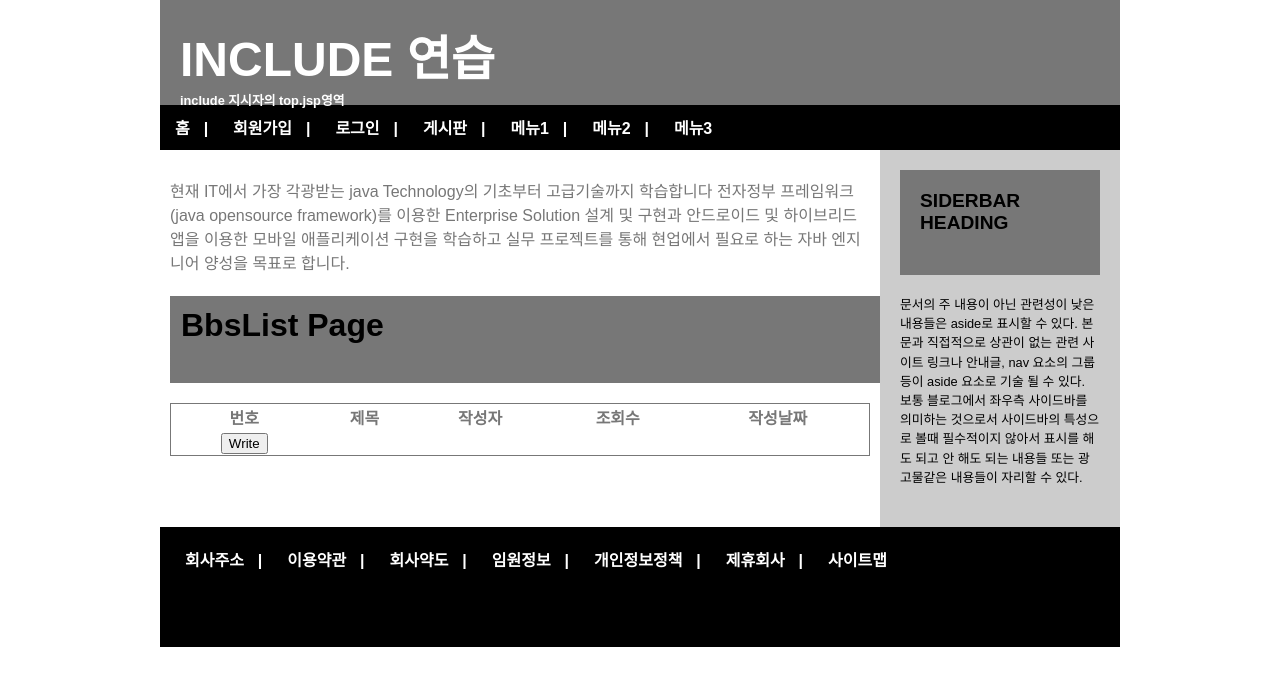
Repository: dev-sean/kosta
Page: http://localhost/jsp_1105_mybatis/bbslist.jsp
The author's editor kept a copy of each file at every save. The page is drawn from the files as they stood at one save, then again after the next save.
The browser window is 1280 px wide. The pictures show the whole page.
Some web libraries are served in a nearby version. The page is served by Tomcat 9.

Above is the page before, as saved 2014-11-05 06:50:29.

After the next save:
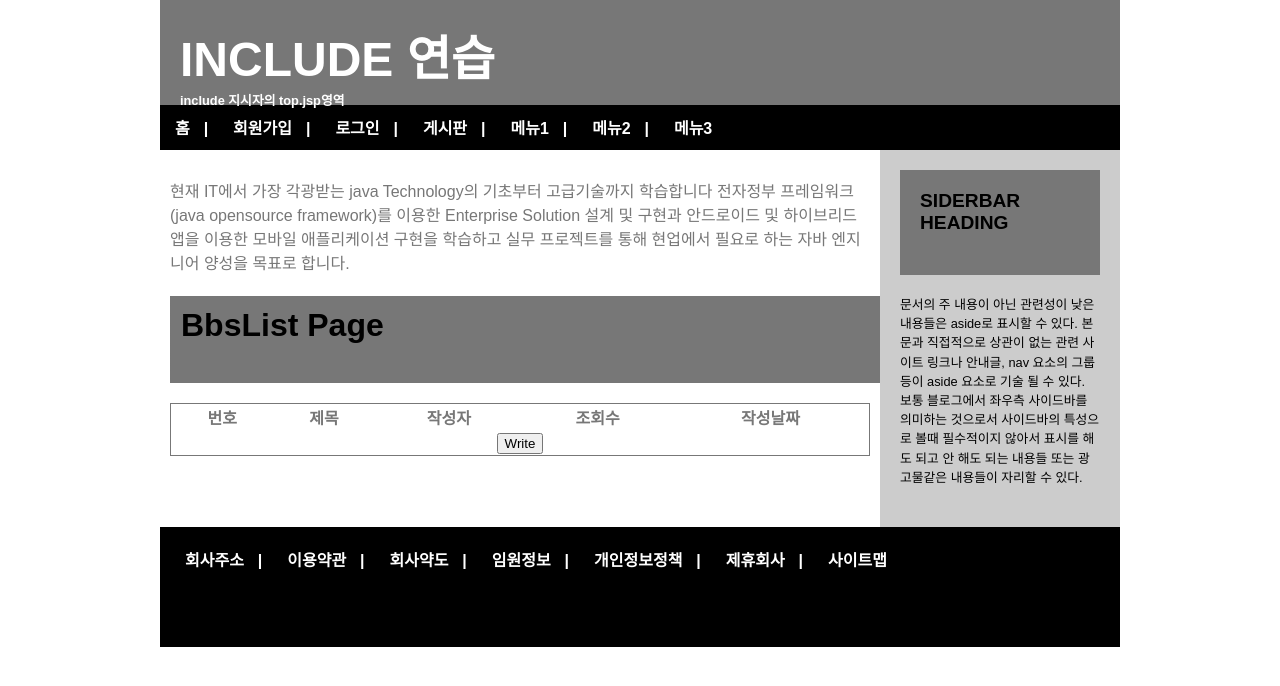
Saved 30 s later.
--- a/jsp/jsp_1105_mybatis/WebContent/bbslist.jsp
+++ b/jsp/jsp_1105_mybatis/WebContent/bbslist.jsp
@@ -26,7 +26,7 @@
 			</thead>
 			<tfoot>
 				<tr>
-					<th><input type="button" value="Write" id="btn1"></th>
+					<th colspan=5><input type="button" value="Write" id="btn1"></th>
 				</tr>
 			</tfoot>
 			<tbody>
